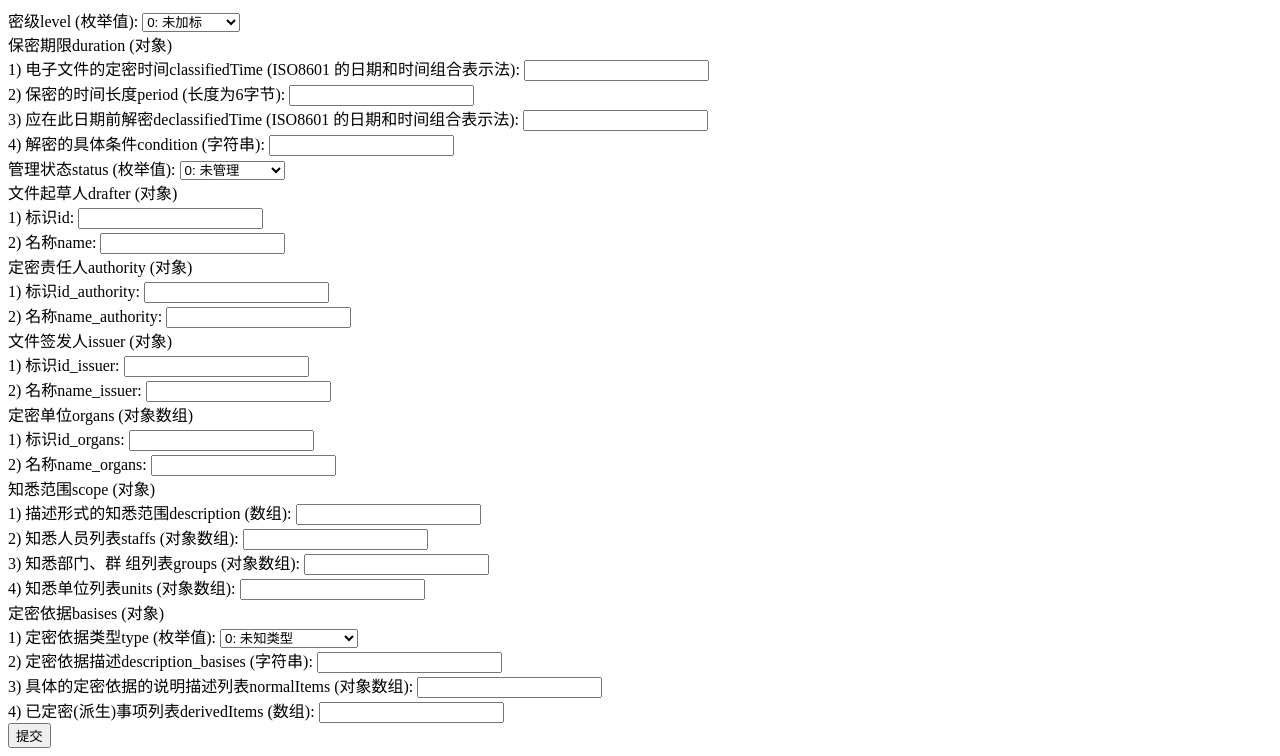
Repository: karlinglee93/eclipse-workspace
Page: jsp_test/WebContent/test.html
An editor plug-in stored every save of this project. The page is shown before and after the next save, followed by the edit.
The browser window is 1280 px wide. The pictures show the whole page.

Above is the page before, as saved 2018-07-05 03:33:27.

### jsp_test/WebContent/test.html
<!DOCTYPE html>
<html>
<head>
<meta charset="utf-8">
<title>Label</title>
</head>
<body>

<form action="main.jsp" method="GET">
密级level (枚举值):
<select name="level">
<option value="0">0: 未加标</option>
<option value="10">10: 国密公开</option>
<option value="11">11: 商密公开</option>
<option value="20">20: 国密内部</option>
<option value="21">21: 商密内部</option>
<option value="50">50: 普通商密</option>
<option value="80">80: 核心商密</option>
<option value="120">120: 秘密</option>
<option value="150">150: 机密</option>
<option value="180">180: 绝密</option>
</select>
<br />

保密期限duration (对象)
<br />
1) 电子文件的定密时间classifiedTime (ISO8601 的日期和时间组合表示法):
<input type="text" name="classifiedTime" />
<br />
2) 保密的时间长度period (长度为6字节):
<input type="text" name="period" />
<br />
3) 应在此日期前解密declassifiedTime (ISO8601 的日期和时间组合表示法):
<input type="text" name="declassifiedTime" />
<br />
4) 解密的具体条件condition (字符串):
<input type="text" name="condition" />
<br />

管理状态status (枚举值):
<select name="status">
<option value="0">0: 未管理</option>
<option value="20">20: 忽略</option>
<option value="50">50: 预定密</option>
<option value="80">80: 正式定密</option>
<option value="110">110: 文件签发</option>
<option value="140">140: 密级变更</option>
<option value="170">170: 文件解密</option>
</select>
<br />

文件起草人drafter (对象)
<br />
1) 标识id:
<input type="text" name="id" />
<br />
2) 名称name:
<input type="text" name="name" />
<br />

定密责任人authority (对象)
<br />
1) 标识id_authority:
<input type="text" name="id_authority" />
<br />
2) 名称name_authority:
<input type="text" name="name_authority" />
<br />

文件签发人issuer (对象)
<br />
1) 标识id_issuer:
<input type="text" name="id_issuer" />
<br />
2) 名称name_issuer:
<input type="text" name="name_issuer" />
<br />

定密单位organs (对象数组)
<br />
1) 标识id_organs:
<input type="text" name="id_organs" />
<br />
2) 名称name_organs:
<input type="text" name="name_organs" />
<br />

知悉范围scope (对象)
<br />
1) 描述形式的知悉范围description (数组):
<input type="text" name="description" />
<br />
2) 知悉人员列表staffs (对象数组):
<input type="text" name="staffs" />
<br />
3) 知悉部门、群 组列表groups (对象数组):
<input type="text" name="groups" />
<br />
4) 知悉单位列表units (对象数组):
<input type="text" name="units" />
<br />

定密依据basises (对象)
<br />
1) 定密依据类型type (枚举值):
<select name="type">
<option value="0">0: 未知类型</option>
<option value="10">10: 确定性定密事项</option>
<option value="50">50: 不明确事项</option>
<option value="90">90: 无权定密事项</option>
<option value="130">130: 派生定密事项</option>
</select>
<br />
2) 定密依据描述description_basises (字符串):
<input type="text" name="description_basises" />
<br />
3) 具体的定密依据的说明描述列表normalItems (对象数组):
<input type="text" name="normalItems" />
<br />
4) 已定密(派生)事项列表derivedItems (数组):
<input type="text" name="derivedItems" />
<br />

<input type="submit" value="提交" />
</form>
</body>
</html>

After the next save:
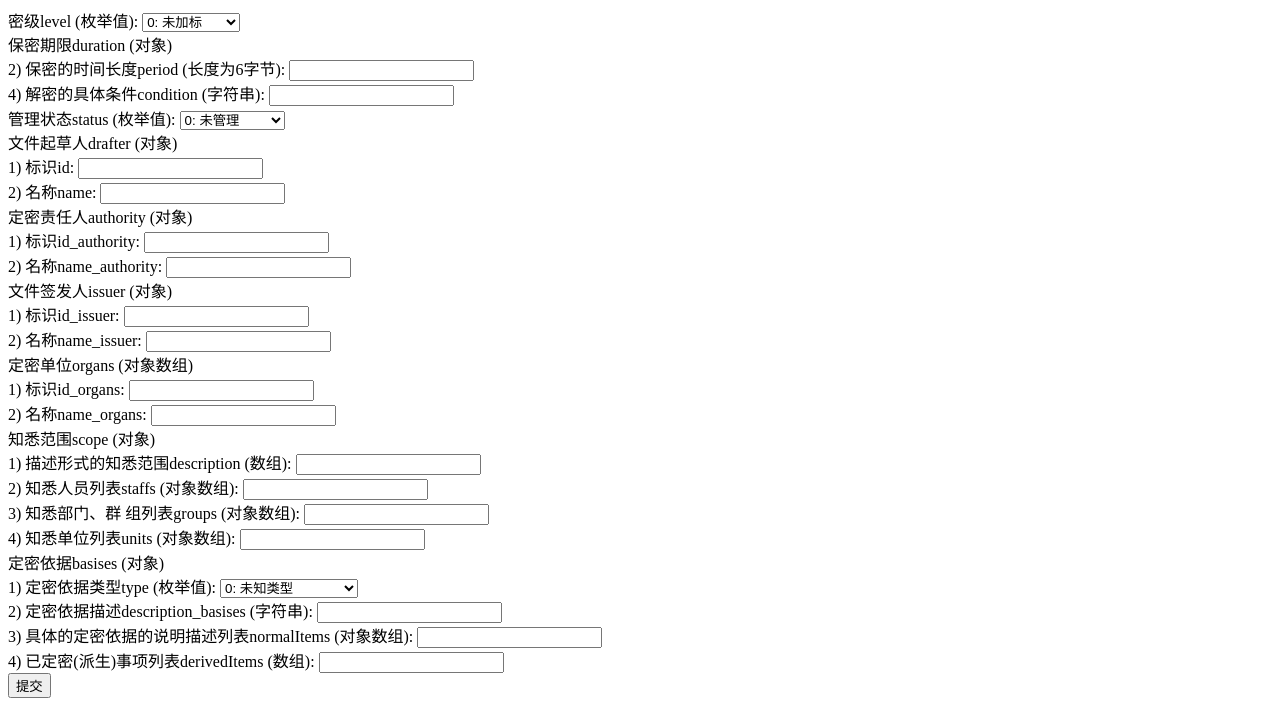
Saved 4 min 2 s later.
--- a/jsp_test/WebContent/test.html
+++ b/jsp_test/WebContent/test.html
@@ -24,14 +24,8 @@
 
 保密期限duration (对象)
 <br />
-1) 电子文件的定密时间classifiedTime (ISO8601 的日期和时间组合表示法):
-<input type="text" name="classifiedTime" />
-<br />
 2) 保密的时间长度period (长度为6字节):
 <input type="text" name="period" />
-<br />
-3) 应在此日期前解密declassifiedTime (ISO8601 的日期和时间组合表示法):
-<input type="text" name="declassifiedTime" />
 <br />
 4) 解密的具体条件condition (字符串):
 <input type="text" name="condition" />
